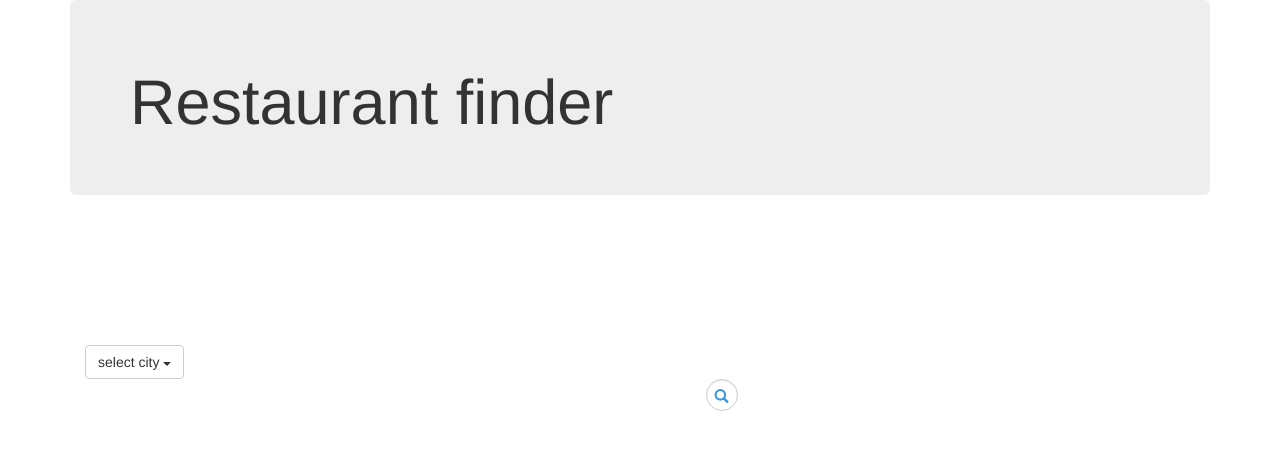
Repository: ganz-95/Denuvo-final
Page: http://localhost/restaurant/
The author's editor kept a copy of each file at every save. The page is drawn from the files as they stood at one save, then again after the next save.
The browser window is 1280 px wide. The pictures show the whole page.
Some web libraries are served in a nearby version. The page is served by Tomcat 9.

Above is the page before, as saved 2017-01-23 15:33:59.

### workspace/restaurant/src/main/webapp/index.jsp
<!DOCTYPE html>
<html>
<head>
  <meta name="viewport" content="width=device-width, initial-scale=1">
  <link rel="stylesheet" href="https://maxcdn.bootstrapcdn.com/bootstrap/3.3.7/css/bootstrap.min.css">
  <script src="https://ajax.googleapis.com/ajax/libs/jquery/3.1.1/jquery.min.js"></script>
  <script src="https://maxcdn.bootstrapcdn.com/bootstrap/3.3.7/js/bootstrap.min.js"></script>
</head>
<body>
<div class="container" >
  <div class="jumbotron">
    <h1>              Restaurant finder             </h1>
     </div>



<div class="container" align="center">

  <br><br><br><br><br><br>

  <div class="dropdown" style="float:left">
    <button class="btn btn-default dropdown-toggle" type="button" data-toggle="dropdown">select city
    <span class="caret"></span></button>
    <ul class="dropdown-menu" align="center">
      <li class="dropdown-header">Popular</li>
      <li><a href="#">Chennai</a></li>
      <li><a href="#">Mumbai</a></li>
      <li><a href="#">Delhi</a></li>
      <li class="divider"></li>
      <li class="dropdown-header">Others</li>
      <li><a href="#">banglore</a></li>
      <li><a href="#">Hyderabad</a></li>
    </ul>
  </div>
</div>
<div class="container">
    <div class="row" style="float:right">
        <div class="col-md-6 col-md-offset-3">

        </div>
    </div>
    <div class="row">
        <div class="col-md-4 col-md-offset-3">
            <form action="" class="search-form">
                <div class="form-group has-feedback">
            		<label for="search" class="sr-only">Search</label>
            		<input type="text" class="form-control" name="search" id="search" placeholder="search">
              		<span class="glyphicon glyphicon-search form-control-feedback"></span>
            	</div>
            </form>
        </div>
    </div>
</div>
<style>
.search-form .form-group {
  float: right !important;
  transition: all 0.35s, border-radius 0s;
  width: 32px;
  height: 32px;
  background-color: #fff;
  box-shadow: 0 1px 1px rgba(0, 0, 0, 0.075) inset;
  border-radius: 25px;
  border: 1px solid #ccc;
}
.search-form .form-group input.form-control {
  padding-right: 20px;
  border: 0 none;
  background: transparent;
  box-shadow: none;
  display:block;
}
.search-form .form-group input.form-control::-webkit-input-placeholder {
  display: none;
}
.search-form .form-group input.form-control:-moz-placeholder {
  /* Firefox 18- */
  display: none;
}
.search-form .form-group input.form-control::-moz-placeholder {
  /* Firefox 19+ */
  display: none;
}
.search-form .form-group input.form-control:-ms-input-placeholder {
  display: none;
}
.search-form .form-group:hover,
.search-form .form-group.hover {
  width: 100%;
  border-radius: 4px 25px 25px 4px;
}
.search-form .form-group span.form-control-feedback {
  position: absolute;
  top: -1px;
  right: -2px;
  z-index: 2;
  display: block;
  width: 34px;
  height: 34px;
  line-height: 34px;
  text-align: center;
  color: #3596e0;
  left: initial;
  font-size: 14px;
}

</style>


</body>
</html>

After the next save:
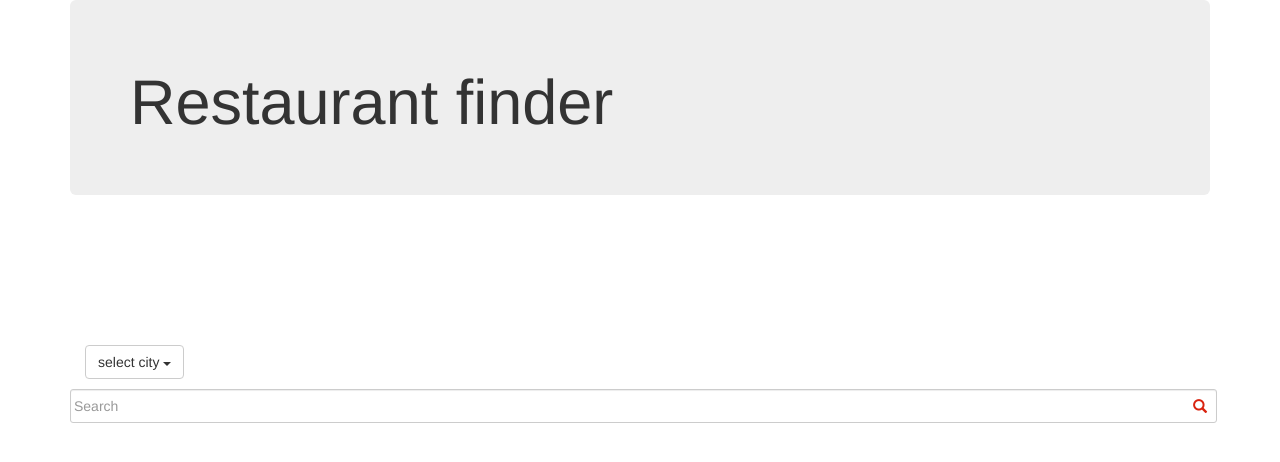
Saved 2 min 23 s later.
--- a/workspace/restaurant/src/main/webapp/index.jsp
+++ b/workspace/restaurant/src/main/webapp/index.jsp
@@ -34,77 +34,62 @@
   </div>
 </div>
 <div class="container">
-    <div class="row" style="float:right">
-        <div class="col-md-6 col-md-offset-3">
+	<div class="row">
 
-        </div>
-    </div>
-    <div class="row">
-        <div class="col-md-4 col-md-offset-3">
-            <form action="" class="search-form">
-                <div class="form-group has-feedback">
-            		<label for="search" class="sr-only">Search</label>
-            		<input type="text" class="form-control" name="search" id="search" placeholder="search">
-              		<span class="glyphicon glyphicon-search form-control-feedback"></span>
-            	</div>
-            </form>
-        </div>
-    </div>
-</div>
-<style>
-.search-form .form-group {
-  float: right !important;
-  transition: all 0.35s, border-radius 0s;
-  width: 32px;
-  height: 32px;
-  background-color: #fff;
-  box-shadow: 0 1px 1px rgba(0, 0, 0, 0.075) inset;
-  border-radius: 25px;
-  border: 1px solid #ccc;
-}
-.search-form .form-group input.form-control {
-  padding-right: 20px;
-  border: 0 none;
-  background: transparent;
-  box-shadow: none;
-  display:block;
-}
-.search-form .form-group input.form-control::-webkit-input-placeholder {
-  display: none;
-}
-.search-form .form-group input.form-control:-moz-placeholder {
-  /* Firefox 18- */
-  display: none;
-}
-.search-form .form-group input.form-control::-moz-placeholder {
-  /* Firefox 19+ */
-  display: none;
-}
-.search-form .form-group input.form-control:-ms-input-placeholder {
-  display: none;
-}
-.search-form .form-group:hover,
-.search-form .form-group.hover {
-  width: 100%;
-  border-radius: 4px 25px 25px 4px;
-}
-.search-form .form-group span.form-control-feedback {
-  position: absolute;
-  top: -1px;
-  right: -2px;
-  z-index: 2;
-  display: block;
-  width: 34px;
-  height: 34px;
-  line-height: 34px;
-  text-align: center;
-  color: #3596e0;
-  left: initial;
-  font-size: 14px;
-}
+           <div id="custom-search-input">
+                            <div class="input-group col-md-12">
+                                <input type="text" class="  search-query form-control" placeholder="Search" />
+                                <span class="input-group-btn">
+                                    <button class="btn btn-danger" type="button">
+                                        <span class=" glyphicon glyphicon-search"></span>
+                                    </button>
+                                </span>
+                            </div>
+                        </div>
+	</div>
+</div><style>
+
+
+#custom-search-input {
+        margin:0;
+        margin-top: 10px;
+        padding: 0;
+    }
+
+    #custom-search-input .search-query {
+        padding-right: 3px;
+        padding-right: 4px \9;
+        padding-left: 3px;
+        padding-left: 4px \9;
+        /* IE7-8 doesn't have border-radius, so don't indent the padding */
+
+        margin-bottom: 0;
+        -webkit-border-radius: 3px;
+        -moz-border-radius: 3px;
+        border-radius: 3px;
+    }
+
+    #custom-search-input button {
+        border: 0;
+        background: none;
+        /** belows styles are working good */
+        padding: 2px 5px;
+        margin-top: 2px;
+        position: relative;
+        left: -28px;
+        /* IE7-8 doesn't have border-radius, so don't indent the padding */
+        margin-bottom: 0;
+        -webkit-border-radius: 3px;
+        -moz-border-radius: 3px;
+        border-radius: 3px;
+        color:#D9230F;
+    }
+
+    .search-query:focus + button {
+        z-index: 3;
+    }
 
 </style>
 
-
 </body>
 </html>
